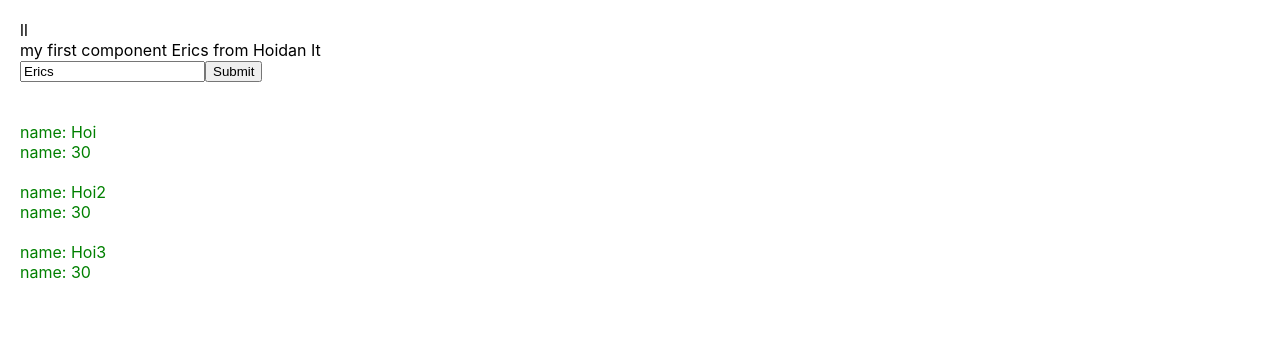
Repository: tvvn12/React-demo
Page: /
An editor plug-in stored every save of this project. The page is shown before and after the next save, followed by the edit.
The browser window is 1280 px wide. The pictures show the whole page.
The project was rebuilt for these pictures with package versions that can differ from the ones it lists, and the page was loaded fresh each time.

Above is the page before, as saved 2024-03-05 14:39:03.

### src/index.js
import React from "react";
import ReactDOM from "react-dom/client";
import App from "./App";
import reportWebVitals from "./reportWebVitals";
import { Provider } from "react-redux";
import store from "./redux/store";

const root = ReactDOM.createRoot(document.getElementById("root"));
root.render(
  <Provider store={store}>
    <App />
  </Provider>
);

// If you want to start measuring performance in your app, pass a function
// to log results (for example: reportWebVitals(console.log))
// or send to an analytics endpoint. Learn more: https://bit.ly/CRA-vitals
reportWebVitals();

### src/App.js
import React from "react";
import MyComponent from "./components/MyComponent";
import "./App.css";
class App extends React.Component {
  render() {
    return (
      <div className="App">
        ll
        <MyComponent></MyComponent>
      </div>
    );
  }
}
// const App = () => {
//   //   return (
//   //     <div className="App">
//   //       ll
//   //       <MyComponent></MyComponent>
//   //     </div>
//   //   );
//   // };
// };
// const App = () => {
//   return (
//     <div className="App">
//       ll
//       <MyComponent></MyComponent>
//     </div>
//   );
// };

export default App;

### src/components/MyComponent.js
import React from "react";
import UserInfo from "./UserInfor";
import DisplayInfo from "./DisplayInfo";

class MyComponent extends React.Component {
  state = {
    listUsers: [
      {
        id: 1,
        name: "Hoi",
        age: "30",
      },
      {
        id: 2,
        name: "Hoi2",
        age: "30",
      },
      {
        id: 3,
        name: "Hoi3",
        age: "30",
      },
    ],
  };
  render() {
    return (
      <div>
        <UserInfo />
        <br />
        <br />

        <DisplayInfo users={this.state.listUsers}></DisplayInfo>
      </div>
    );
  }
}

export default MyComponent;

### src/App.css
body {
  padding: 20px;
  margin: 0;
  font-family: -apple-system, BlinkMacSystemFont, "Segoe UI", "Roboto", "Oxygen",
    "Ubuntu", "Cantarell", "Fira Sans", "Droid Sans", "Helvetica Neue",
    sans-serif;
  -webkit-font-smoothing: antialiased;
  -moz-osx-font-smoothing: grayscale;
}

code {
  font-family: source-code-pro, Menlo, Monaco, Consolas, "Courier New",
    monospace;
}

/*  */
.red {
  color: red;
}
.green {
  color: green;
}
.App-logo {
  height: 40vmin;
  pointer-events: none;
}

@media (prefers-reduced-motion: no-preference) {
  .App-logo {
    animation: App-logo-spin infinite 20s linear;
  }
}

.App-header {
  background-color: #282c34;
  min-height: 100vh;
  display: flex;
  flex-direction: column;
  align-items: center;
  justify-content: center;
  font-size: calc(10px + 2vmin);
  color: white;
}

.App-link {
  color: #61dafb;
}

@keyframes App-logo-spin {
  from {
    transform: rotate(0deg);
  }
  to {
    transform: rotate(360deg);
  }
}

### src/components/UserInfor.js
import React from "react";

class UserInfo extends React.Component {
  state = {
    name: "Erics",
    address: "Hoidan It",
    age: 26,
  };
  // handleClick(event) {
  //   console.log(event);
  // }
  // handleMouse(event) {
  //   console.log(event.pageX);
  // }
  handleOnchange(event) {
    console.log(event, event.target.value);
    this.setState({
      name: event.target.value,
    });
  }
  handleOnSubmit(e) {
    e.preventDefault();
    // console.log(e);
    console.log(this.state);
  }
  render() {
    return (
      <div className="">
        my first component {this.state.name} from {this.state.address}
        {/* <button onMouseOver={this.handleMouse} onClick={this.handleClick}>
          Click me
        </button> */}
        <form action="" onSubmit={(e) => this.handleOnSubmit(e)}>
          <input
            value={this.state.name}
            onChange={(event) => this.handleOnchange(event)}
            type="text"
            name=""
            id=""
          />
          <button>Submit</button>
        </form>
      </div>
    );
  }
}
export default UserInfo;

### src/components/DisplayInfo.js
import React from "react";

class DisplayInfo extends React.Component {
  state = {};
  render() {
    const { users } = this.props;

    console.log(this.props);
    return (
      <div className="">
        <div>
          {users.map((item, index) => {
            return (
              <div key={item.id} className={+item.age > 30 ? "red" : "green"}>
                <div className="">name: {item.name}</div>
                <div className="">name: {item.age}</div>
                <br />
              </div>
            );
          })}
        </div>
      </div>
    );
  }
}

export default DisplayInfo;

Loaded but not shown: public/index.html (common file); src/reportWebVitals.js (common file); src/redux/store.js (common file); src/redux/reducer/rootReducer.js (common file); src/redux/reducer/counterReducer.js (common file); src/redux/action/counterAction.js (common file)

After the next save:
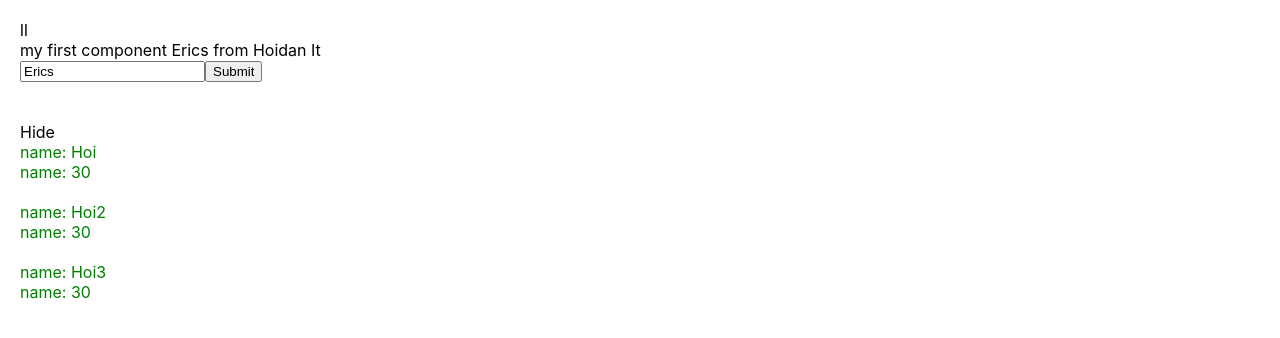
Saved 5 s later.
--- a/src/components/DisplayInfo.js
+++ b/src/components/DisplayInfo.js
@@ -8,6 +8,9 @@ class DisplayInfo extends React.Component {
     console.log(this.props);
     return (
       <div className="">
+        <div className="">
+          <span>Hide</span>
+        </div>
         <div>
           {users.map((item, index) => {
             return (
